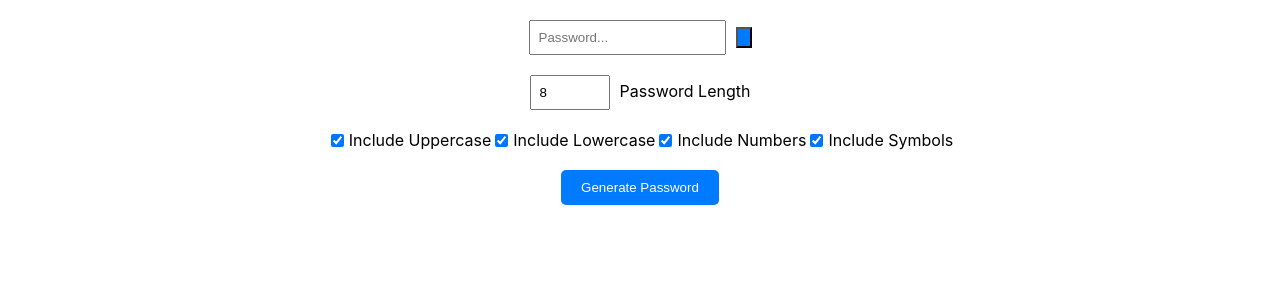
Repository: sriram1224/pass-generator
Page: /
An editor plug-in stored every save of this project. The page is shown before and after the next save, followed by the edit.
The browser window is 1280 px wide. The pictures show the whole page.
The project was rebuilt for these pictures with package versions that can differ from the ones it lists, and the page was loaded fresh each time.

Above is the page before, as saved 2024-03-21 20:12:06.

### public/index.html
<!DOCTYPE html>
<html lang="en">

<head>
  <meta charset="utf-8" />
  <link rel="icon" href="%PUBLIC_URL%/favicon.ico" />
  <meta name="viewport" content="width=device-width, initial-scale=1" />
  <meta name="theme-color" content="#000000" />
  <meta name="description" content="Web site created using create-react-app" />
  <link rel="stylesheet"
    href="https://fonts.googleapis.com/css2?family=Material+Symbols+Outlined:opsz,wght,FILL,GRAD@24,400,0,0" />


  <title>React App</title>
</head>

<body>
  <noscript>You need to enable JavaScript to run this app.</noscript>
  <div id="root">


  </div>

</body>

</html>

### src/App.js
import React, { useState, useRef, useCallback } from 'react';
import './App.css';

function generatePassword(length, includeUpper, includeLower, includeNumber, includeSymbol){
  const upperChars = 'ABCDEFGHIJKLMNOPQRSTUVWXYZ';
  const lowerChars = 'abcdefghijklmnopqrstuvwxyz';
  const numberChars = '0123456789';
  const symbolChars = '!@#$%^&*()-_=+';

  let chars = '';
  if (includeUpper) chars+= upperChars;
  if (includeLower) chars += lowerChars;
  if (includeNumber) chars += numberChars;
  if (includeSymbol) chars += symbolChars;
  let password = '';
  for(let i = 0; i < length; i++){
    password += chars.charAt(Math.floor(Math.random() * chars.length));
  }
  return password;
}

function App() {
  const [password, setPassword] = useState('');
  const includeUpperRef = useRef(true);
  const includeLowerRef = useRef(true);
  const includeSymbolRef = useRef(true);
  const includeNumberRef = useRef(true);
  const [length, setLength] = useState(8);

  const handleCheckboxChange = (ref) => {
    ref.current = !ref.current;
    handlePassword();
  };

  const handlePassword = useCallback(() => {
    const newPass = generatePassword(
      length,
      includeUpperRef.current,
      includeLowerRef.current,
      includeNumberRef.current,
      includeSymbolRef.current
    );
    setPassword(newPass);
  }, [length, includeUpperRef, includeLowerRef, includeNumberRef, includeSymbolRef]);

  return (
    <div className="container">
      <div className="password-input">
        <input type="text" value={password} placeholder='Password...' readOnly />
        <button className="copy" onClick={() => navigator.clipboard.writeText(password)}><span class="material-symbols-outlined ">

</span></button>
      </div>
      <div className="length-input">
        <input type="number" value={length} onChange={(e) => setLength(parseInt(e.target.value))} min="1" max="50" />
        <label>Password Length</label>
      </div>
      <div className="checkboxes">
        <input type="checkbox" checked={includeUpperRef.current} onChange={() => handleCheckboxChange(includeUpperRef)} />
        <label>Include Uppercase</label>
        <input type="checkbox" checked={includeLowerRef.current} onChange={() => handleCheckboxChange(includeLowerRef)} />
        <label>Include Lowercase</label>
        <input type="checkbox" checked={includeNumberRef.current} onChange={() => handleCheckboxChange(includeNumberRef)} />
        <label>Include Numbers</label>
        <input type="checkbox" checked={includeSymbolRef.current} onChange={() => handleCheckboxChange(includeSymbolRef)} />
        <label>Include Symbols</label>
      </div>
      <button onClick={handlePassword} className='generate'>Generate Password</button>
    </div>
  );
}

export default App;

### src/App.css
.container {
  display: flex;
  flex-direction: column;
  align-items: center;
  padding: 20px;
}

.password-input {
  margin-bottom: 20px;
}

.password-input input {
  padding: 8px;
  margin-right: 10px;
}

.length-input {
  margin-bottom: 20px;
}

.length-input input {
  padding: 8px;
  width: 60px;
  margin-right: 10px;
}

.checkboxes {
  display: flex;
  align-items: center;
  margin-bottom: 20px;
}

.checkboxes input {
  margin-right: 5px;
}

.generate {
  padding: 10px 20px;
  background-color: #007bff;
  color: #fff;
  border: none;
  border-radius: 5px;
  cursor: pointer;
}

.generate:hover {
  background-color: #0056b3;
}
.password-input{
  display: flex;
  align-items: center;

}
.copy{

  background-color: #007bff;
  color: #fff;


  cursor: pointer;
}

Loaded but not shown: src/index.js (common file); src/index.css (common file); src/reportWebVitals.js (common file)

After the next save:
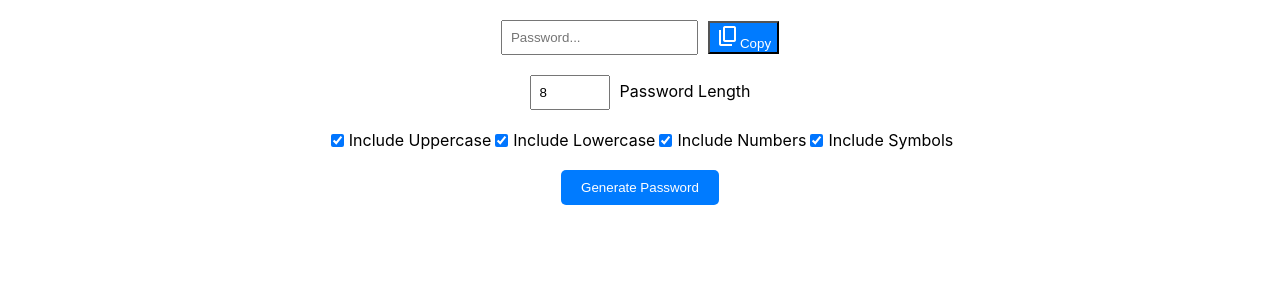
Saved 24 s later.
--- a/src/App.js
+++ b/src/App.js
@@ -47,9 +47,10 @@ function App() {
     <div className="container">
       <div className="password-input">
         <input type="text" value={password} placeholder='Password...' readOnly />
-        <button className="copy" onClick={() => navigator.clipboard.writeText(password)}><span class="material-symbols-outlined ">
-
-</span></button>
+        <button className="copy" onClick={() => navigator.clipboard.writeText(password)}><span class="material-symbols-outlined">
+content_copy
+        </span>
+        Copy</button>
       </div>
       <div className="length-input">
         <input type="number" value={length} onChange={(e) => setLength(parseInt(e.target.value))} min="1" max="50" />
